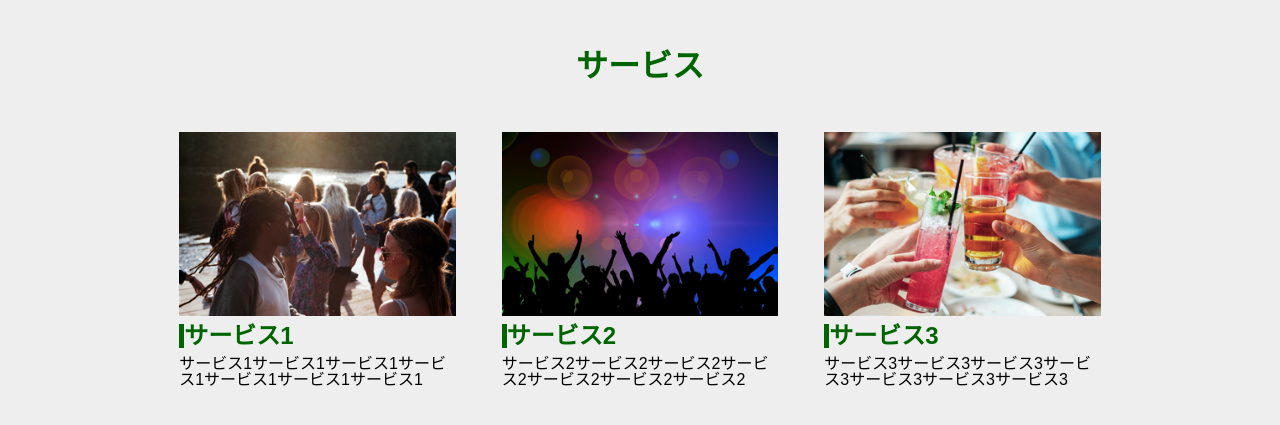
Repository: sonoyama01/dezasuta
Page: 第３回課題/work2/index.html
These files come from the project's save history. The page is drawn as it stood at one moment and after the next save; the edit follows.
The browser window is 1280 px wide. The pictures show the whole page.

Above is the page before, as saved 2024-04-28 00:17:12.

After the next save:
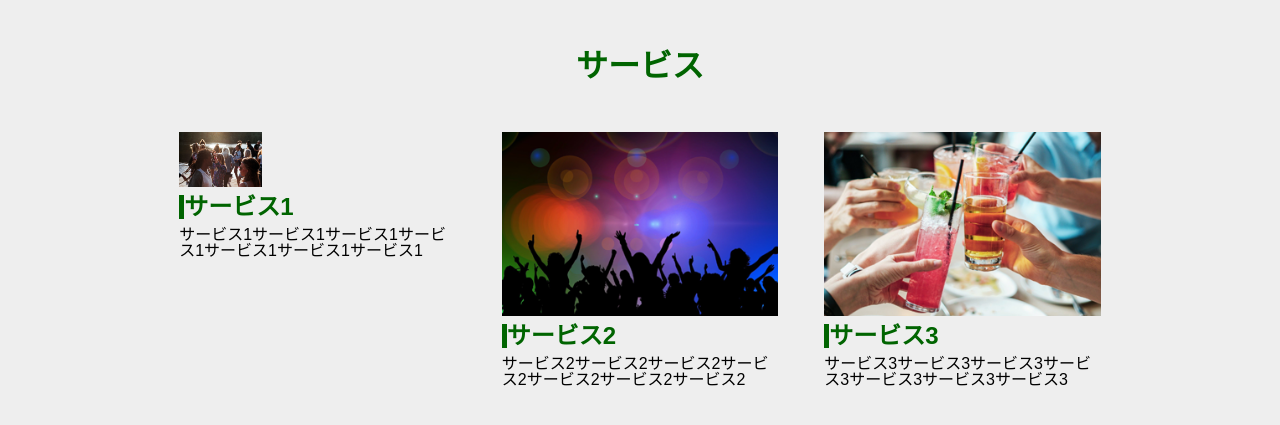
Saved 4 min 46 s later.
--- a/第３回課題/work2/index.html
+++ b/第３回課題/work2/index.html
@@ -13,7 +13,7 @@
     <h1>サービス</h1>
     <div class="box">
         <div>
-            <img src="./images/main_1.jpg" alt="">
+            <div><img src="./images/main_1.jpg" alt=""></div>
             <h2>サービス1</h2>
             <p>サービス1サービス1サービス1サービス1サービス1サービス1サービス1</p>
         </div>
